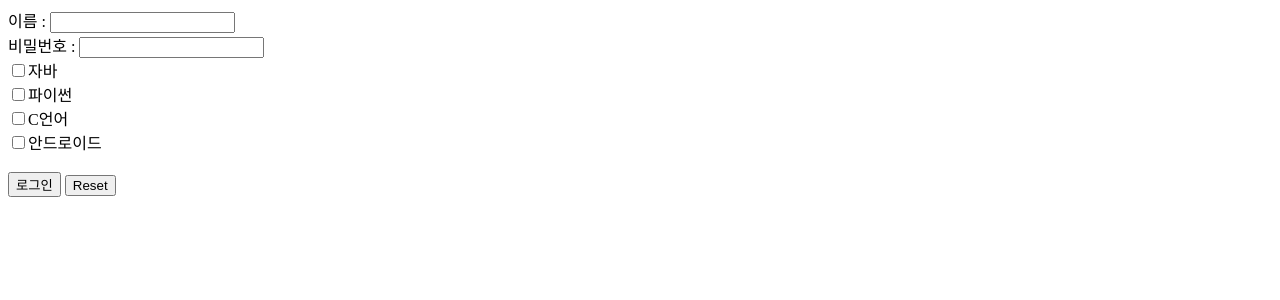
Repository: ineble/demo1
Page: pro05/src/main/webapp/login3.html
The author's editor kept a copy of each file at every save. The page is drawn from the files as they stood at one save, then again after the next save.
The browser window is 1280 px wide. The pictures show the whole page.

Above is the page before, as saved 2022-08-03 16:16:52.

### pro05/src/main/webapp/login3.html
<!DOCTYPE html>
<html>
<head>
<meta charset="utf-8">
<title>Insert title here</title>
</head>
<body>
	<form action="input2" method="get" name="frmLogin">
		이름 : <input type="text" name="fname"> <br>
		비밀번호 : <input type="password" name="fpass"> <br>
		<input type="checkbox" name="subject" value="자바">자바 <br>
		<input type="checkbox" name="subject" value="파이썬">파이썬 <br>
		<input type="checkbox" name="subject" value="C언어">C언어 <br>
		<input type="checkbox" name="subject" value="안드로이드">안드로이드 <br><br>
		<input type="submit" value="로그인">
		<input type="reset" valye="실행취소">
	</form>
</body>
</html>

After the next save:
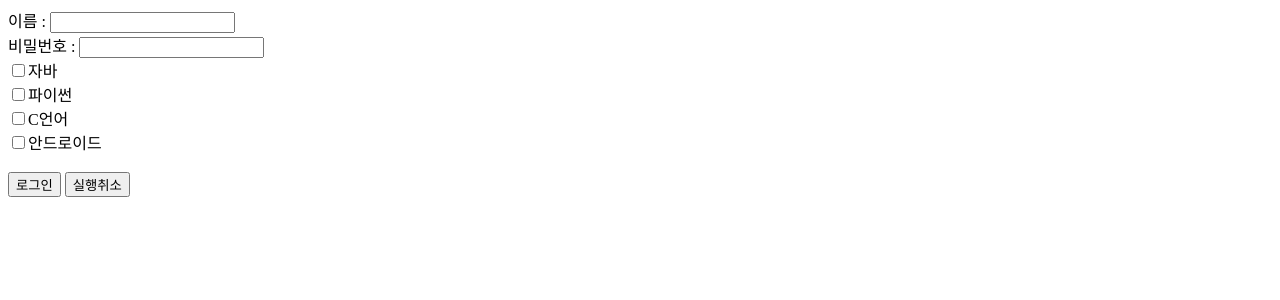
Saved 30 s later.
--- a/pro05/src/main/webapp/login3.html
+++ b/pro05/src/main/webapp/login3.html
@@ -13,7 +13,7 @@
 		<input type="checkbox" name="subject" value="C언어">C언어 <br>
 		<input type="checkbox" name="subject" value="안드로이드">안드로이드 <br><br>
 		<input type="submit" value="로그인">
-		<input type="reset" valye="실행취소">
+		<input type="reset" value="실행취소">
 	</form>
 </body>
 </html>
